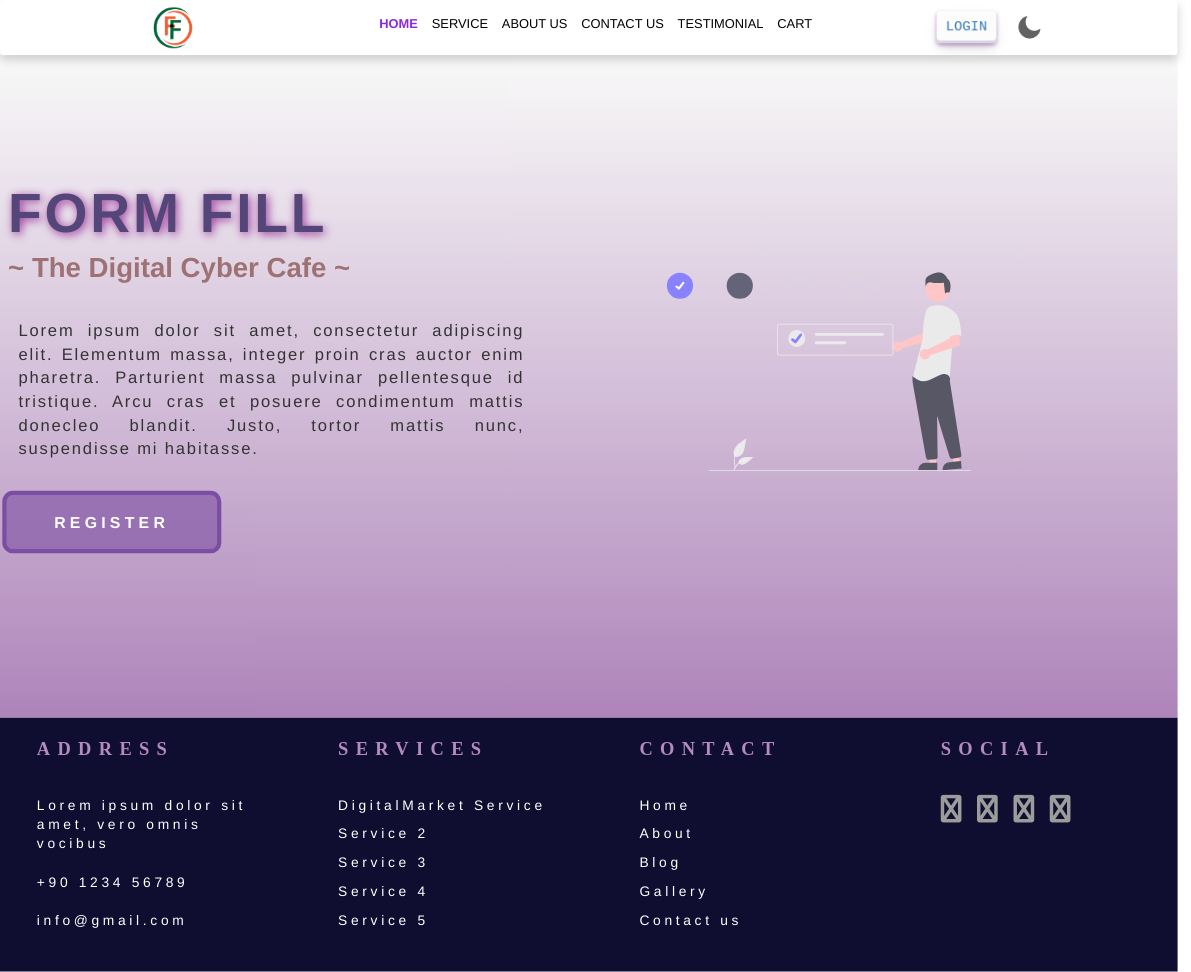
Repository: codervivek5/Formfil
Page: index.html
The author's editor kept a copy of each file at every save. The page is drawn from the files as they stood at one save, then again after the next save.
The browser window is 1280 px wide. The page is 1295 px wide, so the pictures cover 1295 px, including what lies to the right of the window. The pictures show the whole page, at 92% of full size.
The pointer rests on the first visible `.btn1`.
Some web fonts or font styles are not loaded; a fallback is used.

Above is the page before, as saved 2023-03-04 20:50:28.

### index.html
<!DOCTYPE html>
<html lang="en">

<head>
	<meta charset="UTF-8" />
	<meta http-equiv="X-UA-Compatible" content="IE=edge" />
	<meta name="viewport" content="width=device-width, initial-scale=1.0" />
	<title>Home-FormFil</title>
	<link rel="stylesheet" href="style/style.css" />
     <link rel="stylesheet" href="style/theme.css">

	<link rel="stylesheet" href="https://maxcdn.bootstrapcdn.com/bootstrap/3.4.1/css/bootstrap.min.css">
	<script src="https://ajax.googleapis.com/ajax/libs/jquery/3.6.0/jquery.min.js"></script>
     <script src="https://maxcdn.bootstrapcdn.com/bootstrap/3.4.1/js/bootstrap.min.js"></script>

	<link rel="stylesheet" href="https://fonts.googleapis.com/css?family=Trirong" />
	<link rel="icon" type="image/x-icon" href="./img/crop_logo.png" />
	<link rel="stylesheet" href="https://cdnjs.cloudflare.com/ajax/libs/font-awesome/6.2.1/css/all.min.css">
</head>

<body>

    <div class="loader">
          <img class= "imgload" src="img/logo.png"  alt="">
     </div>

     <header class="navbar">
      <a href="index.html"><img class="logo" src="img/logo.png" width="100px" height="100px" /></a>

      <div class="navbar-opt">
        <ul class="navbar-list">
          <li><a href="index.html" class="nav-link active">HOME</a></li>
          <li><a href="pages/service.html" class="nav-link">SERVICE </a></li>
          <li><a href="pages/about_us.html" class="nav-link">ABOUT US </a></li>
          <li><a href="pages/contact-us.html" class="nav-link">CONTACT US </a></li>
          <li><a href="pages/testimonial.html" class="nav-link">TESTIMONIAL</a></li>
          <li><a href="pages/cart.html" class="nav-link">CART</a></li>
        </ul>
      </div>

      <div class="fixed-buttons">
        <button><a href="pages/login.html" class="lgn">LOGIN</a></button>
        <img src="img/moon.png" id="icon">
      </div>

      <div class="mobile-menu">
        <ion-icon name="menu-outline" class="menu-icon"></ion-icon>
        <ion-icon name="close-outline" class="menu-icon"></ion-icon>
      </div>

     </header>

	<div class="main">

		<div class="container">
			<div class="content">
				<h1>FORM FILL</h1>
				<h2>~ The Digital Cyber Cafe ~</h2>
				<p class="para">
					Lorem ipsum dolor sit amet, consectetur adipiscing elit.
          Elementum massa, integer proin cras auctor enim pharetra.
					Parturient massa pulvinar pellentesque id tristique.
          Arcu cras et posuere condimentum mattis donecleo blandit.
          Justo, tortor mattis nunc, suspendisse mi habitasse.
				</p>
				<div class="btn">
					<a href="pages/signup.html"> <button class="btn1 button">REGISTER</button></a>
				</div>
			</div>
			<div class="shipp">
				<img src="img/svg.svg" />
        <!-- <img src="img/formfilSvg.svg" /> -->
			</div>
		</div>
	</div>

<!-- footer section -->
<footer>
    <div>
        <div class="row">
            <div class="col-lg-3 col-md-5 col-sm-4 col-xs-12">
                <ul class="adress">
                     <span>Address</span>
                     <li>
                        <p>Lorem ipsum dolor sit amet, vero omnis vocibus</p>
                      </li>

                      <li>
                        <p>+90 1234 56789</p>
                      </li>

                      <li>
                        <p>info@gmail.com</p>
                      </li>
                 </ul>
            </div>
            <div class="col-lg-3 col-md-5 col-sm-4 col-xs-12">
               <ul class="service">
                    <span>Services</span>
                    <li>
                       <a href="#">DigitalMarket Service</a>
                     </li>

                     <li>
                        <a href="#">Service 2</a>
                     </li>

                     <li>
                       <a href="#">Service 3</a>
                     </li>

                     <li>
                        <a href="#">Service 4 </a>
                     </li>

                     <li>
                       <a href="#">Service 5</a>
                    </li>
               </ul>
           </div>
            <div class="col-lg-3 col-md-3 col-sm-4 col-xs-12">
                <ul class="contact">
                     <span>Contact</span>
                     <li>
                        <a href="index.html">Home</a>
                      </li>

                      <li>
                         <a href="pages/about_us.html">About</a>
                      </li>

                      <li>
                        <a href="#">Blog</a>
                      </li>

                      <li>
                         <a href="#">Gallery </a>
                      </li>

                      <li>
                        <a href="pages/contact-us.html">Contact us</a>
                     </li>
                </ul>
            </div>

            <div class="col-lg-3 col-md-3 col-sm-4 col-xs-12">
               <ul class="social">
                    <span>Social</span>
                    <li>
                         <a href="https://www.facebook.com/codervivek"  target="_blank"><i class="fa fa-facebook fa-2x"></i></a>
                    </li>

                    <li>
                         <a href="https://github.com/codervivek5" target="_blank"><i class="fa fa-github fa-2x"></i></a>
                    </li>

                    <li>
                         <a href="https://www.linkedin.com/in/codervivek/" target="_blank"><i class="fa fa-linkedin fa-2x"></i></a>
                    </li>

                    <li>
                         <a href="https://twitter.com/codervivek5" target="_blank"><i class="fa fa-twitter fa-2x"></i></a>
                    </li>

                    <li>
                         <a href="https://www.youtube.com/codervivek" target="_blank"><i class="fa fa-youtube-play fa-2x"></i></a>
                   </li>
                  </ul>
            </div>
       </div>
    </div>
    <button class="back-to-top hidden">
     <svg
     xmlns="http://www.w3.org/2000/svg"
     class="back-to-top-icon"
     fill="none"
     viewBox="0 0 24 24"
     stroke="currentColor"
   >
     <path
       stroke-linecap="round"
       stroke-linejoin="round"
       stroke-width="2"
       d="M7 11l5-5m0 0l5 5m-5-5v12"
     />
   </svg></button>
</footer>


<script>

     // Javascript Code for Dark Mode Switch
	var icon = document.getElementById("icon");
	icon.onclick = function(){
		document.body.classList.toggle("dark-mode");
		if (document.body.classList.contains("dark-mode")){
			icon.src="img/sun.png";
		}
		else {
			icon.src="img/moon.png";
		}
	}
  //javascript for loader
  $(document).ready(function() {
      // Animate loader off screen
   setTimeout(function() {
    $(".loader").fadeOut("slow");
   }, 0);
  });
      // Javascript Code for Scroll to top Button
      const showOnPx = 100;
      const backToTopButton = document.querySelector(".back-to-top")

     const scrollContainer = () => {
       return document.documentElement || document.body;
      };

 document.addEventListener("scroll", () => {
   if (scrollContainer().scrollTop > showOnPx) {
     backToTopButton.classList.remove("hidden")
   } else {
     backToTopButton.classList.add("hidden")
   }
 })
 const goToTop = () => {
   document.body.scrollIntoView({
     behavior: "smooth",
   });
 };
 backToTopButton.addEventListener("click", goToTop);

 const mobile_nav= document.querySelector('.mobile-menu');
const nav_header= document.querySelector(".navbar");

const toggleNav = () =>{
  nav_header.classList.toggle("switchOn");
}

mobile_nav.addEventListener('click', () => toggleNav());

</script>
<script type="module" src="https://unpkg.com/ionicons@5.5.2/dist/ionicons/ionicons.esm.js"></script>
<script nomodule src="https://unpkg.com/ionicons@5.5.2/dist/ionicons/ionicons.js"></script>
</body>
</html>

### style/style.css
@import url('https://fonts.googleapis.com/css2?family=Tilt+Prism&display=swap');

body{
	margin:0;
	padding:0;
	background:black;
font-family: 'Times New Roman', Times, serif;
overflow-x: hidden;
}
.main{
	position: relative;
	height:100%;
	width:100%;
	background:linear-gradient(rgba(244, 245, 243, 0.712),#7b378ec4);
	background-position: center;
	background-repeat: no-repeat;
	background-size: cover;
	opacity: 0.8;

}
.navbar{
    padding: 0 !important;
    padding: 0 3rem;
    height: 6rem;
    display: flex;
    justify-content: space-between;
    align-items: center;
    margin-bottom: 0 !important;
    box-shadow: 0px 5px 10px #48464640 !important;
    z-index: 999;
}

.navbar-opt{
    transition: all 0.5s;
  }

  .navbar-list{
    display: flex;
    gap: 1.5rem;
    list-style: none;
  }

  .fixed-buttons{
    display: flex;
    justify-content: center;
    align-items: center;
    column-gap: 1rem;
  }

  .active{
    font-weight: 700 !important;
  }

  .nav-link:link,
.nav-link:visited {
  display: inline-block;
  text-decoration: none;
  color: black;
}

.mobile-menu{
  display: none;
  background: transparent;
  cursor: pointer;
}

.menu-icon{
  width: 3.2rem;
  height: 3.2rem;
  z-index: 1000;
}

.menu-icon[name="close-outline"]{
  display: none;
}

.fixed-buttons button{
  align-items: center;
  appearance: none;
  background-color: #FCFCFD;
  border-radius: 4px;
  border-width: 0;
  box-shadow: #7b378e7b 0 2px 4px,#c1b6c4a8 0 7px 13px -3px,#D6D6E7 0 -3px 0 inset;
  box-sizing: border-box;
  color: #36395A;
  cursor: pointer;
  display: inline-flex;
  font-family: "JetBrains Mono",monospace;
  height: 3.5rem;
  justify-content: center;
  line-height: 1;
  list-style: none;
  overflow: hidden;
  padding-left: 1rem;
  padding-right: 1rem;
  position: relative;
  text-align: left;
  text-decoration: none;
  transition: box-shadow .15s,transform .15s;
  user-select: none;
  -webkit-user-select: none;
  touch-action: manipulation;
  white-space: nowrap;
  will-change: box-shadow,transform;
  font-size: 1.5rem;
}

.fixed-buttons button:focus {
    box-shadow: #D6D6E7 0 0 0 1.5px inset, rgba(45, 35, 66, 0.4) 0 2px 4px, rgba(45, 35, 66, 0.3) 0 7px 13px -3px, #D6D6E7 0 -3px 0 inset;
  }

  .fixed-buttons button:hover {
    box-shadow: rgba(45, 35, 66, 0.4) 0 4px 8px, rgba(45, 35, 66, 0.3) 0 7px 13px -3px, #D6D6E7 0 -3px 0 inset;
    transform: translateY(-2px);
  }

  .fixed-buttons button:active {
    box-shadow: #D6D6E7 0 3px 7px inset;
    transform: translateY(2px);
  }

@media (max-width:1220px){
    .navbar-list{
      gap: 0.3rem;
    }
  }

  @media (max-width:1030px){
    .mobile-menu{
      display: block;
    }

    .navbar{
      padding: 0 1rem;
      position: relative;
    }

    .navbar-opt{
      width: 100vw;
      height: 100vh;
      background-color: #484646dd;
      position: absolute;
      top: 0;
      left: 0;
      display: flex;
      justify-content: center;
      /* transform: translateY(100%); */
      transition: all 0.5s linear;
      opacity: 0;
      visibility: hidden;
      pointer-events: none;
    }

    .navbar-list{
      flex-direction: column;
      align-items: center;
      justify-content: center;
      font-size: 1.7rem;
      font-weight: 500;
    }

    .switchOn .navbar-opt{
      opacity: 1;
      visibility: visible;
      pointer-events: auto;
    }

    .switchOn .mobile-menu .menu-icon[name="close-outline"]{
      display: block;
    }

    .switchOn .mobile-menu .menu-icon[name="menu-outline"]{
      display: none;
    }

  }

  .nav-link:hover{
    color: grey !important;
  }

    /* ____________________________________________________________________________________________________________ */

.container{
    display: flex;
    justify-content: space-between;
    align-items: center;
    position: relative;
    top: 20vh;
    padding: 0px 25px;
}
.shipp img{
    width: 60vh;
}
.content{
  display: flex;
  flex-direction: column;
  margin-left: -110px;
}
.content h1{
    color: #2a1958;
    text-shadow: 2px 2px 10px purple;
    font-size: 6rem;
    letter-spacing: 3px;
    margin-top: -5px;
    font-weight: bold;
}
.content h2{
  color: rgba(0, 0, 0, 0.87);
	width:100%;
  font-weight: bold;
  margin-top: -1px;
}
.content .para{
  color: black;
	width:100%;
  text-align: justify;
  font-size: 18px;
  margin-top: 30px;
  padding-left: 60px;
  letter-spacing: 2px;

}
.content .btn{
  text-align: left;
  margin-left: 45px;
  margin-top: 20px;
}
.content button{
    padding: 15px 45px;
    border-radius: 10px;
    border: none;
    background-color: rgba(90, 34, 139,0.6) !important;
    border: 4px solid rgba(90, 34, 139);
    color: white !important;
    font-weight: bold !important;
    letter-spacing: 4px;
    font-size: 15px !important;
    transition: transform .2s;
}
.btn1:hover{
  transform: scale(1.15);
  background-color: rbga(90, 34, 139,0.4) !important;
  color: white !important;
}

@media only screen and (max-width: 1300px){
    .shipp img{
      width: 50vw;
      height: 30vh;
  }
  }

  @media only screen and (max-width: 500px){
    .container{
      display: flex;
      flex-direction: column;
      padding: 0 !important;
      margin: 0 !important;
    }
    .content{
      width: 100vw;
      display: flex;
      flex-direction: column;
      justify-content: center;
      align-items: center;
      padding: 0 !important;
      margin: 0 !important;
    }
    .shipp img{
      width: 50vw;
      height: 40vh;
  }
  .content h1{
    font-size: 3rem;
  }
  .content h2{
    font-size: 2rem;
  }
  .content .para{
    font-size: 1.5rem;
  }
  }
/* footer */
footer{
     background-color: #0f0e31;
     padding:20px 0px;
     z-index: 1;
}

footer ul li{
    padding:5px 0px;
}

.adress span , .contact span , .social span, .service span{
   color: #FFF;
   font-weight: 800;
   padding-bottom: 10px;
   margin-bottom: 20px;
   display: block;
   text-transform: uppercase;
   font-size: 20px;
   letter-spacing: 3px;
}

.adress li p , .contact li a , .social li a, .service li a{
    color:#FFF;
    letter-spacing: 2px;
    text-decoration:none;
    font-size:15px;
    font-style: sans-serif;
}

.social li{
    float:left;
}

.adress , .contact , .social , .service{
    list-style: none;
}

.fa{
    color:#9c9c9c;
    margin-right: 15px;
    font-size:24px;
}
.service span{
    letter-spacing: 8px;
    font-family:'Tilt Prism', cursive;
    color:rgb(179,140,189);
}
.contact span{
    letter-spacing: 8px;
    font-family: 'Tilt Prism', cursive;
    color:rgb(179,140,189);

}
.adress span{
    letter-spacing: 8px;
    font-family:'Tilt Prism', cursive;
    color:rgb(179,140,189);
}
.social span{
    letter-spacing: 8px;
    font-family:'Tilt Prism', cursive;
    color:rgb(179,140,189);
}
.service a{
    letter-spacing: 4px !important;
    position: relative;
    transition: all 0.5s ease;
    -webkit-transition: all 0.5s ease;
}
.service a:hover {
    color: rgb(137,130,255) !important;
    transition: all 1s ease;
    -webkit-transition: all 1s ease;
}

 .service a:before, .service a:after {
  content: '';
  position: absolute;
  width: 0%;
  height: 1px;
  bottom: -1px;
  background:rgb(204,214,246);
}

.imgload{
	height: 25%;
	width: 15%;

}
.loader{
    position: fixed;
    z-index: 1;
    top: 0;
    left: 0;
    background: #7b378ec4;
    height: 100%;
    width: 100%;
    display: flex;
    justify-content: center;
    align-items: center;
  }

  .loader.hidden{
    animation: fadeOut 2s forwards;
  }
  @keyframes fadeOut {
    100%{
      opacity: 100%;
      visibility: hidden;
    }
  }



.adress p{
    letter-spacing: 4px !important;
    position: relative;
    transition: all 0.5s ease;
    -webkit-transition: all 0.5s ease;
}
.adress p:hover {
    color: rgb(14, 214, 3) !important;
    transition: all 1s ease;
    -webkit-transition: all 1s ease;
}
.contact a{
    letter-spacing: 4px !important;
    position: relative;
    transition: all 0.5s ease;
    -webkit-transition: all 0.5s ease;
}
.contact a:hover {
    color: rgb(212, 1, 227) !important;
    transition: all 1s ease;
    -webkit-transition: all 1s ease;
}
.social i{
    position: relative;
}
.social i:hover {
    color: rgb(15, 3, 252) !important;
    transition: all 1s ease;
    -webkit-transition: all 1s ease;
}
.back-to-top {
    position: fixed;
    right: 2rem;
    bottom: 2rem;
}
.hidden {
    display: none;
        opacity: 0%;

  }
.back-to-top {
    position: fixed;
    right: 2rem;
    bottom: 2rem;
    border-radius: 100%;
    background: gray;
    padding: 1.5rem;
    border: none;
    cursor: pointer;
    opacity: 100%;
    transition: opacity 0.5s;
  }
  .back-to-top-icon {
    width: 2rem;
    height: 2rem;
    color: white;
  }
  .back-to-top:hover {
    opacity: 60%;
  }

.footerpart{
	text-align: center;
}







    /* ____________________________________________________________________________________________________________ */

### style/theme.css
:root{
	--color--main: linear-gradient(rgba(244, 245, 243, 0.712),#7b378ec4);
	--color--footer: rgb(119, 5, 100);
	--color--h1: #2a1958;
	--color--h2: rgba(122, 60, 60, 0.87);
	--color--p: black;
	--color--btn: #2a1958;
	--color--nav: black;
	--color--nav_before:#2a1958;
	--color--customnav: white;
}
.dark-mode{
	--color--main: linear-gradient(#4b075ac4,rgba(28, 1, 41, 0.712));
	--color--footer: rgb(65, 3, 55);
	--color--h1: rgb(255, 255, 255);
	--color--h2: rgb(233, 233, 233);
	--color--p: white;
	--color--btn: #130735;
	--color--nav: rgb(215, 244, 248);
	--color--nav_before:rgb(215, 244, 248);
	--color--customnav: rgb(174, 147, 180);
}
#icon{
	width: 30px;
	cursor: pointer;
	margin: 10px;
}
.main{
	position: relative;
	height:100vh;
	width:100%;
	background:var(--color--main);
	background-position: center;
	background-repeat: no-repeat;
	background-size: cover;
	opacity: 0.8;
}
.navbar{
	background-color: var(--color--customnav);
}

.nav-link{
	color: var(--color--p) !important;
}

.active{
	color: blueviolet !important;
}
.content h1{
    color:var(--color--h1);
margin-left: 8%;
}
.content h2{
    color: var(--color--h2);
    margin-left: 8%;
}
.content .para{
    color: var(--color--p);
}
.content .btn1 {
    background-color: var(--color--btn);
    color:honeydew;

}
.footer{
	background-color:var(--color--footer);
	display: block;
	justify-content: center;
	align-items: center;
	width: 100%;
	height: 40vh;

}

After the next save:
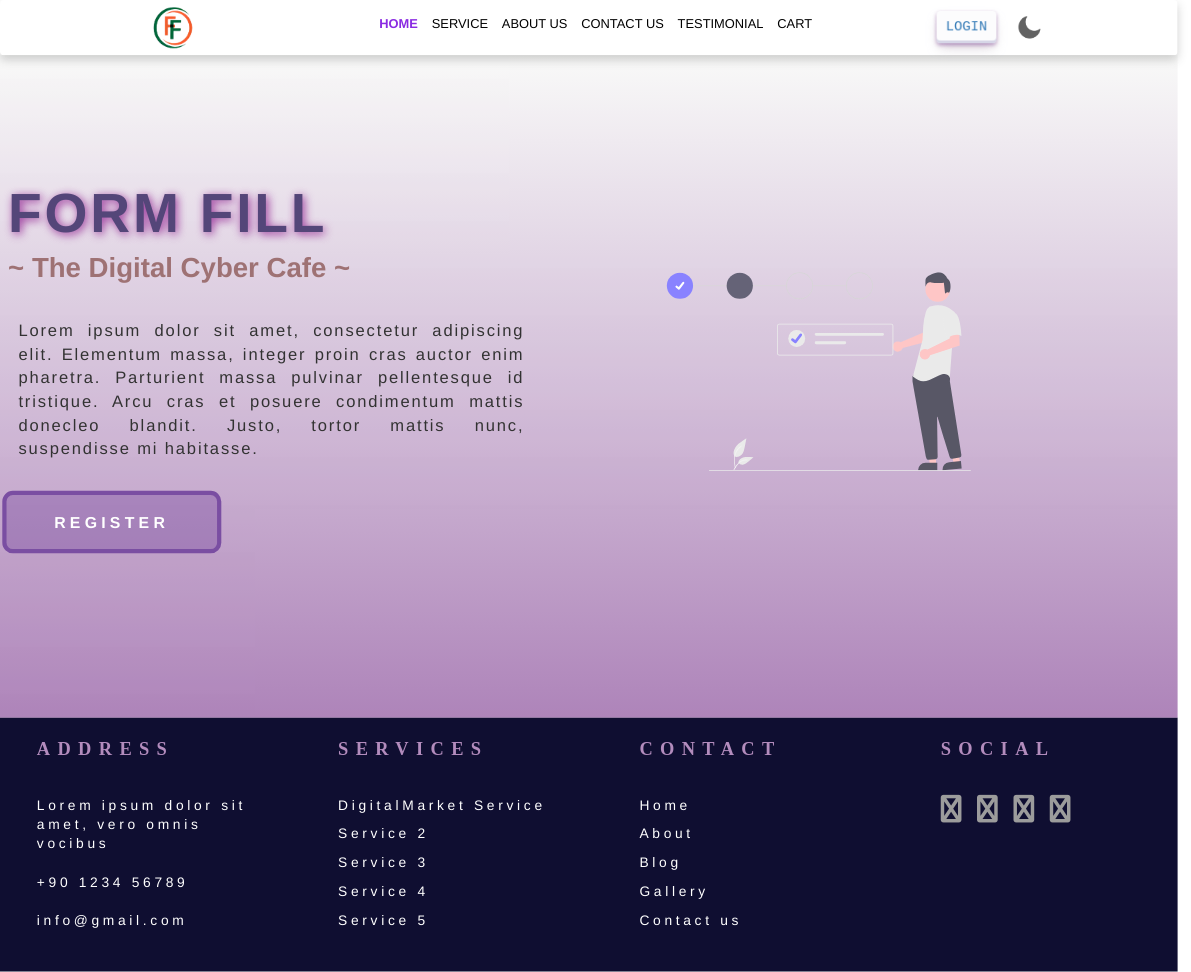
Saved 25 s later.
--- a/style/style.css
+++ b/style/style.css
@@ -240,7 +240,7 @@ overflow-x: hidden;
 }
 .btn1:hover{
   transform: scale(1.15);
-  background-color: rbga(90, 34, 139,0.4) !important;
+  background-color: rgba(90, 34, 139,0.4) !important;
   color: white !important;
 }
 
